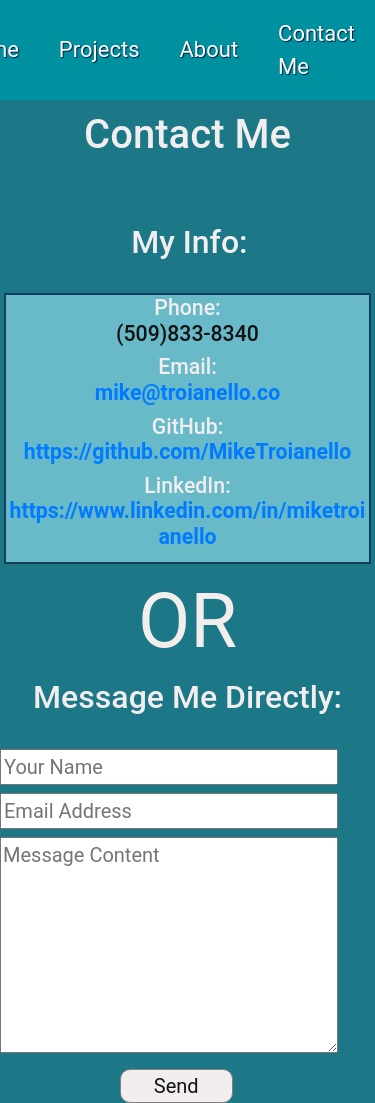
Repository: MikeTroianello/troianello
Page: /contact
An editor plug-in stored every save of this project. The page is shown before and after a run of saves, followed by the edit.
The browser window is 375 px wide. The pictures show the whole page.
The project was rebuilt for these pictures with package versions that can differ from the ones it lists, and the page was loaded fresh each time. Also part of the build but not shown: src/components/context-sensitive/Greet.js, src/components/locations/Home.js, src/components/locations/About/About.css, src/components/locations/About/AboutMobile.css, src/components/locations/About/About.js, src/components/cards/RainbowDay.js, src/components/cards/CanvasBubbles.js, src/components/cards/projectCard.css and 4 more.

Above is the page before, as saved 2019-08-02 18:42:18.

After the next 2 saves:
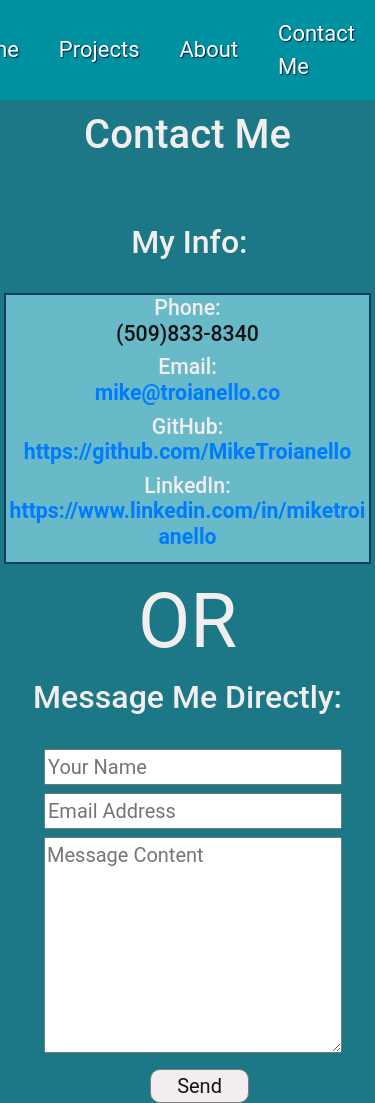
The 2 saves are shown as one change because they came seconds apart.
The last was saved 119 s later.
--- a/src/components/locations/Contact/ContactMobile.css
+++ b/src/components/locations/Contact/ContactMobile.css
@@ -61,7 +61,7 @@
   } */
 
   .contact-message {
-    margin: 0 auto;
+    margin: 0 0 0 44px;
   }
 
   .contact-message-input {
